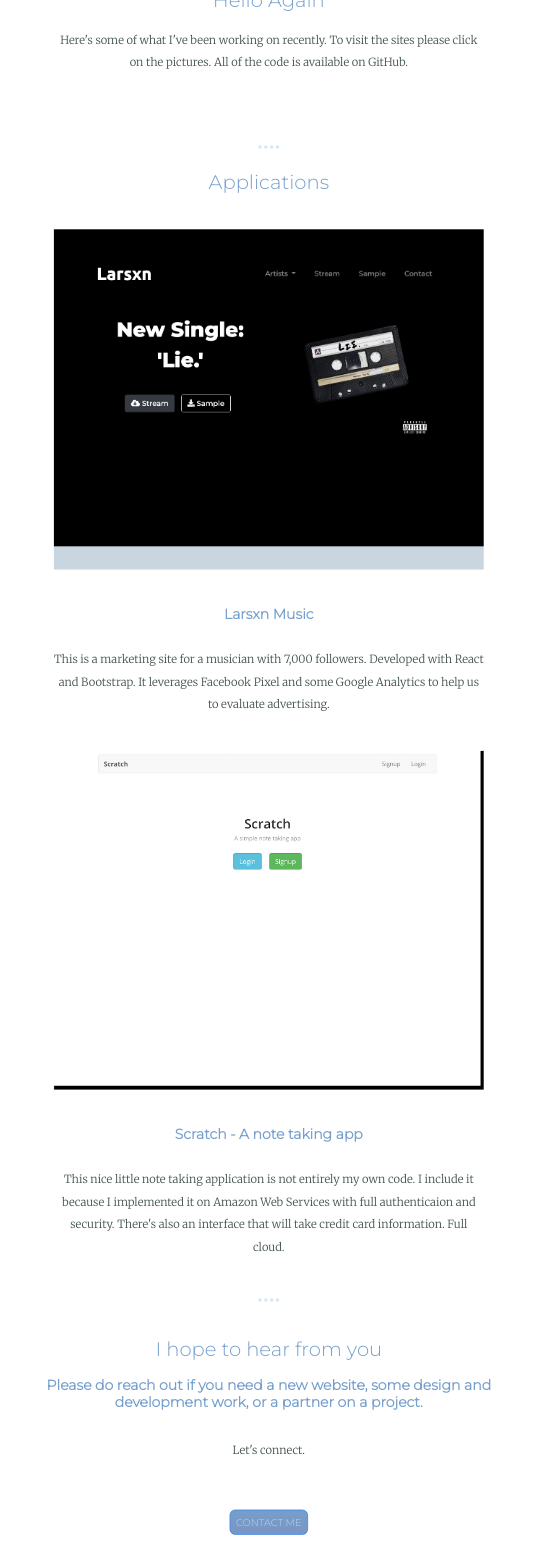
Repository: EpiTao-LLC/Personal_web_page
Page: pages/portfolio.html
These files come from the project's save history. The page is drawn as it stood at one moment and after the next save; the edit follows.
The browser window is 768 px wide. The pictures show the part of the page from y = 1661 to 3901 px (the page is 4239 px tall before and 4251 px after), at 70% of full size.

Above is the page before, as saved 2020-10-11 22:11:58.

### pages/portfolio.html
<!DOCTYPE html>
<html lang="en">
<head>
    <meta charset="UTF-8">
    <meta name="viewport" content="width=device-width, initial-scale=1.0">
    <title>Chris Larson</title>
    <link rel="stylesheet" href="../css/styles.css">
    <link href="https://fonts.googleapis.com/css2?family=Merriweather:wght@300&family=Montserrat:wght@300&family=Sacramento&display=swap" rel="stylesheet">
    <link rel="apple-touch-icon" sizes="180x180" href="favicon_package_v0.16/apple-touch-icon.png">
    <link rel="icon" type="image/png" sizes="32x32" href="favicon_package_v0.16/favicon-32x32.png">
    <link rel="icon" type="image/png" sizes="16x16" href="favicon_package_v0.16/favicon-16x16.png">
    <link rel="manifest" href="favicon_package_v0.16/site.webmanifest">
    <link rel="mask-icon" href="favicon_package_v0.16/safari-pinned-tab.svg" color="#5bbad5">
    <meta name="msapplication-TileColor" content="#da532c">
    <meta name="theme-color" content="#ffffff">
</head>
<body>
    <div class = "top-container">
        <h1>My Portfolio</h1>
        <h2>"The journey is the reward"</h2>
        <img class="cover-img" src="/images/Lake _Titicaca.jpeg" alt="Lake Titicaca image">
        <p>Life's a work in progress</p>
        <p>(so's my portfolio)</p>
      </div>
    <div class="middle-container">
        <div class="profile">
          <br>
          <img class="my-img" src="/images/Holiday_Denmark.jpeg"  alt="Chris Pic">
          <h2>Hello Again</h2>
          <p>
            Here's some of what I've been working on recently.  To visit the sites please click on the pictures.  All of the
            code is available on GitHub.
            </p>
        </div>
        <hr>
        <div class="skills">
          <h2>Applications</h2>
          <div class="skill-row">
            <button  class='input-button button-img-1'>
                <img class= 'skills-img-1' src="/images/Larsxn_Music.PNG" alt="Larsxn.com website"
                onclick = "window.location.href = 'https://www.larsxn.com'">
            </button>
            <!-- <img class="skills-img-1" src="/images/Larsxn_Music.png" alt="Larsxn.com"> -->
            <div >
            <h3 class="for-mobile">Larsxn Music</h3>
            <p> This is a marketing site for a musician with 7,000 followers.  Developed with React and Bootstrap.
              It leverages Facebook Pixel and some Google Analytics to help us to evaluate advertising.
            </p>
             </div>
          </div>
          <div class="skill-row">
            <button  class='input-button button-img-2'>
              <img class= 'skills-img-2' src="/images/Scratch_Note_Taking_App.PNG" alt="Scratch Note Taking website"
              onclick = "window.location.href = 'https://notes-app.calarsonllc.com'">
            </button>
            <h3 class="for-mobile">Scratch - A note taking app</h3>
            <p>This nice little note taking application is not entirely my own code.  I include it
              because I implemented it on Amazon Web Services with full authenticaion and security.
              There's also an interface that will take credit card information.  Full cloud.
            </p>
          </div>
        </div>
        <hr>
        <div class="contact-me">
          <h2>I hope to hear from you</h2>
          <h3>Please do reach out if you need a new website, some design and development work, or a partner on a project.</h3>
          <p class="contact-message">Let's connect.</p>
          <a class="btn" href="mailto:chris@epitao.com">CONTACT ME</a>
        </div>
      </div>
      <div class="bottom-container">
        <a class="footer-link" href="https://chris.epitao.com/">Home</a>
        <a class="footer-link" href="https://www.linkedin.com/in/christopheralarson//">LinkedIn</a>
        <a class="footer-link" href="https://www.facebook.com/chris.larson">Facebook</a>
        <a class="footer-link" href="https://github.com/clarson10024//">Portfolio</a>
        <a class="footer-link" href="https://github.com/clarson10024//">GitHub</a>
        <p class="copyright"> copyright © 2020 EpiTao LLC <br><br>
        <img class="logo-img" src="/images/EpiTao_logo.jpg" alt="EpiTao logo">
        </p>
      </div>
</body>
</html>

### css/styles.css
body {
    margin: 0;
    margin: auto;
    text-align: center;
    font-family: 'Merriweather', serif;
    font-weight: normal;
    color:  #40514E;
}
h1 {
    margin: 0px auto 0 auto;
    font-family: 'Montserrat', sans-serif;
    font-size: 5rem;
    line-height: 2.0;
    color: #769FCD;
}
h2 {
    font-family: 'Montserrat', sans-serif;
    font-size: 2.5rem;
    font-weight: normal;
    color: #769FCD
}
h3 {
    font-family: 'Montserrat', sans-serif;
    font-weight: 900;
    color: #769FCD
}
p {
    line-height: 2;
}
hr {
    border-color:  #d6e6f2;
    border-width: 5px;
    border-style: dotted none none;
    height: 0px;
    width: 4%;
    margin: 100 auto 100 auto;
}
.top-container {
    background-color: #d6e6f2;
    color: #769FCD;
    position: relative;
    padding-top: 50px;
    padding-bottom: 100px;
}
.middle-container {
    max-width: 2000px;
    padding-top: 10px;
    padding-bottom: 5px;
    margin: 50px auto 100px auto;

}
.bottom-container {
    margin-top: 100px;
    padding: 30px 0 50px;
    font-size: 10px;
    background-color: #769FCD;
    color: #f7fbfc  ;
}
.profile{
    width: 50%;
    margin: 50px auto 100px auto;
    text-align: center;
}
.skills {
    margin-top: 50px;
}
.skill-row {
    width: 50%;
    margin: 50px auto 100px auto;
    text-align: left;
}
.contact-me {
    margin-top: 50px;
    margin-left: 50px;
    margin-right: 50px;

}
.contact-message {
    width: 60%;
    margin: 40px auto 60px;
}
.footer-link {
    font-size: 20px
}
.copyright {
    color: #b9d7ea;
    font-size: 0.5rem;
    padding: 20px 0;
}

.btn {
    background: #769FCD;
    background-image: -webkit-linear-gradient(top, #769FCD, #7A95C3);
    background-image: -moz-linear-gradient(top, #769FCD, #7A95C3);
    background-image: -ms-linear-gradient(top, #769FCD, #7A95C3);
    background-image: -o-linear-gradient(top, #769FCD, #7A95C3);
    background-image: linear-gradient(to bottom, #769FCD, #7A95C3);
    -webkit-border-radius: 8px;
    -moz-border-radius: 8px;
    border-radius: 8px;
    color: #FFFFFF;
    font-family: 'Montserrat', sans-serif;
    font-size: 14px;
    font-weight: 100;
    padding: 8px;
    border: solid #337FED 1px;
    text-decoration: none;
    display: inline-block;
    cursor: pointer;
    text-align: center;
}

.btn:hover {
    border: solid #337FED 1px;
    background: #7A95C3;
    background-image: -webkit-linear-gradient(top, #7A95C3, #769FCD);
    background-image: -moz-linear-gradient(top, #7A95C3, #769FCD);
    background-image: -ms-linear-gradient(top, #7A95C3, #769FCD);
    background-image: -o-linear-gradient(top, #7A95C3, #769FCD);
    background-image: linear-gradient(to bottom, #7A95C3, #769FCD);
    -webkit-border-radius: 7px;
    -moz-border-radius: 7px;
    border-radius: 7px;
    text-decoration: none;
}

a:link {
    font-family: 'Montserrat', sans-serif;
    text-decoration: none;
    color: #b9d7ea;
    margin: 10px 20px;

}
a:visited {
    color: #b9d7ea
}
a:hover{
    color: #f7fbfc
}
.cover-img {
    width: 70%;
    height: 70%;
    margin-bottom: 20px;
}
.profile{
    width: 50%;
    margin: 50px auto 100px auto;
    text-align: center;
}

.my-img {
    width: 45%;
    height: 45%;
    float: fit-content;
}

.skills-img-1 {
    width: 45%;
    height: 45%;
    float: left;
    margin-right: 30px;
}
.skills-img-2 {
    width: 45%;
    height: 45%;
    float: right;
    margin-left: 30px;
}
/* .input-button:focus {
    outline: 0;
} */
/* *:focus {
    outline: 0 !important;
} */
.input-button {
    display: block;
    border: none;
    background-color: transparent;
    outline: none;
    margin: 0;
    border: none;
    color: none;
    height: 0%;
    width: 0%;
}
.button-img-1:hover {
    transform: scale(1.10);
}
.button-img-1 {
    width: 70%;
    height: 70%;
    float: left;
    margin-right: -30%;
    outline: 0;
}
.button-img-2:hover {
    transform: scale(1.10);
}
.button-img-2 {
    width: 70%;
    height: 70%;
    float: right;
    margin-left: -30%;
    outline: none;
}
.logo-img {
    width: 2.0%;
    height: 2.0%;
}

  /* Mobile Styling */

  @media (max-width: 780px) {
    h1 {
        margin: 0px auto 0 auto;
        font-family: 'Montserrat', sans-serif;
        font-size: 3.25rem;
        line-height: 1.25;
        color: #769FCD;
    }
    h2 {
        font-family: 'Montserrat', sans-serif;
        font-size: 1.75rem;
        font-weight: normal;
        color: #769FCD
    }
    h3 {
        font-size: 1.25rem;
        margin-left: 20px;
        margin-right: 20px;
    }
    .profile{
        width: 80%;
        margin: 50px auto 10px auto;
        text-align: center;
        padding-bottom: 10%;
    }
    .skills {
        margin-top: 0px;
    }
    .top-container {
        position: relative;
        padding-left: 8%;
        padding-right: 8%;
        padding-bottom: 20%;
        margin-bottom: 20px;

    }

    .middle-container {
        text-align: center;
        position: relative;
        margin-top: 20px;
        margin-bottom: 50px;

    }
    .skills {
        align-content: center;
    }
    .skill-row {
        display: block;
        width: 80%;
        margin: 50px auto 50px auto;
        text-align: center;
    }
    .for-mobile {
        display: inline-flex;
        content: '\a\a';
        white-space: pre;
    }
    .my-img {
        width: 90%;
        height: 90%
    }
    .skills-img-1, .skills-img-2, .cover-img{

        width: 100%;
        height: 100%;
        padding: 0;
        float: fit-content;
        margin-left: 0px;
        margin-right: 0px;
        margin-bottom: 1rem;
    }
    .skills-img-1:after, .skills-img-2:after{
        display: inline-flex;
        content: '\a\a';
        white-space: pre;
    }
    .button-img-1, .button-img-2, .cover-img{
        width: 100%;
        height: 100%;
        padding: 0;
        float: fit-content;
        margin-left: 0px;
        margin-right: 0px;
        margin-bottom: 1rem;
    }
    .skills-img-1:after, .skills-img-2:after{
        display: inline-flex;
        content: '\a\a';
        white-space: pre;
    }
    .contact-me {
        margin-top: 50px;
        margin-left: 15px;
        margin-right: 15px;
        margin-bottom: 0px;
    }
    .contact-message {
        width: 80%;
        margin: 40px auto 60px;
    }

    .bottom-container {
        text-align: center;
        margin-top: 0px;
        padding: 15% 0 50px;
        font-size: 10px;
        background-color: #769FCD;
        color: #f7fbfc  ;
    }
    .logo-img {
        width: 5%;
        height: 5%;
    }
}
@media (hover: hover) {
    button:hover {
        outline:0;
    }
}

After the next save:
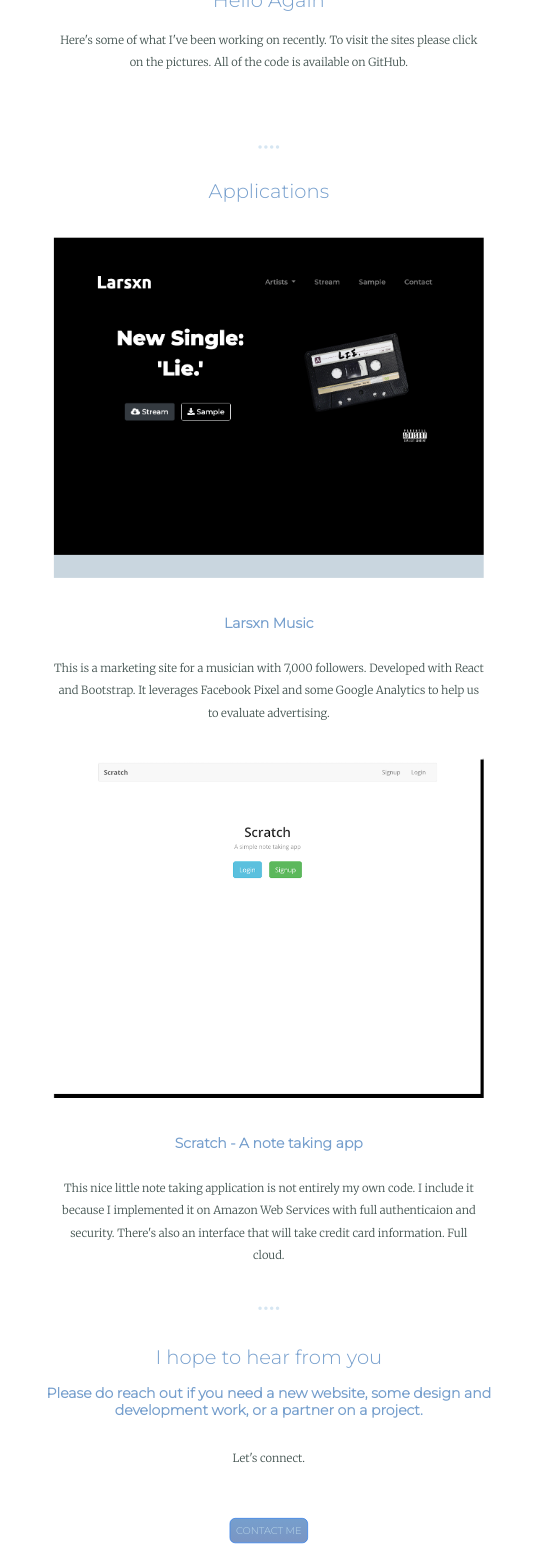
Saved 44 s later.
--- a/css/styles.css
+++ b/css/styles.css
@@ -236,7 +236,7 @@ a:hover{
         padding-bottom: 10%;
     }
     .skills {
-        margin-top: 0px;
+        margin-top: 20px;
     }
     .top-container {
         position: relative;
